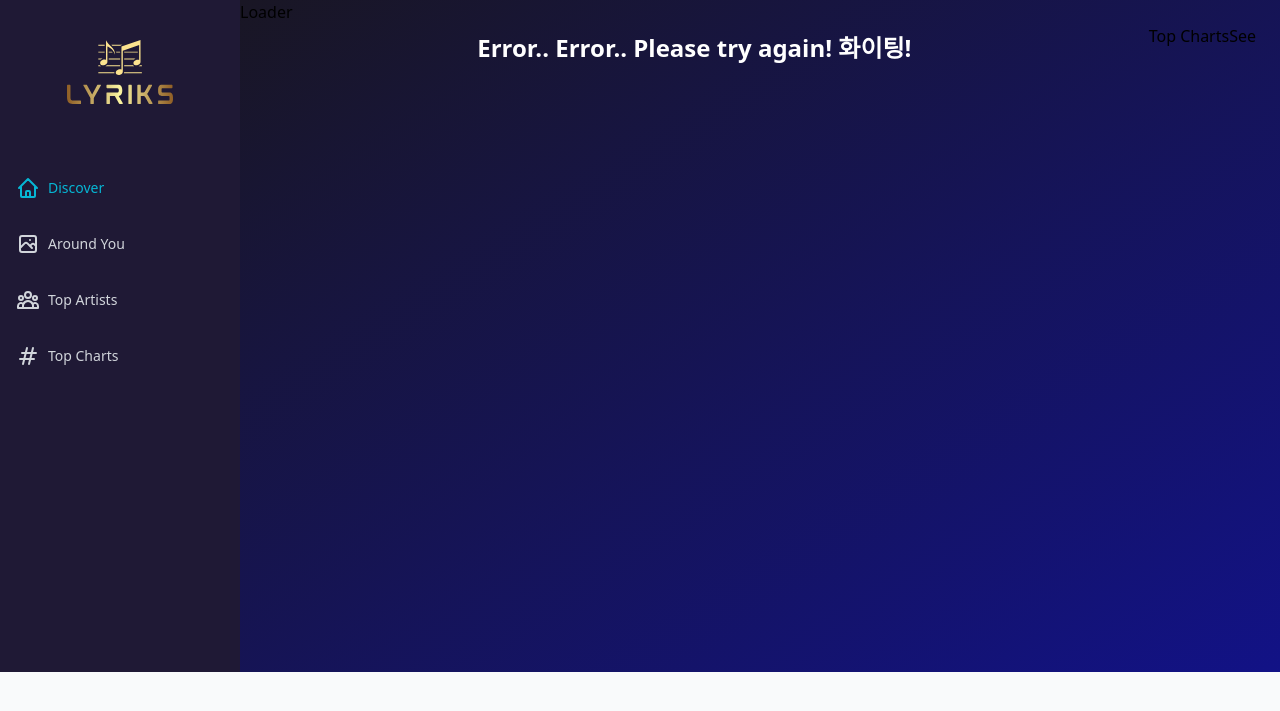
Repository: tessa5/spotify_clone
Page: /
The author's editor kept a copy of each file at every save. The page is drawn from the files as they stood at one save, then again after the next save.
The browser window is 1280 px wide. The pictures show the whole page.
The page's requests for data from a server got no answer. The project was rebuilt for these pictures with package versions that can differ from the ones it lists, and the page was loaded fresh each time. No one was signed in, and anything a server would have sent is missing. Also part of the build but not shown: vite.config.js, src/components/PlayPause.jsx, src/components/SongCard.jsx, src/components/ArtistCard.jsx, src/components/DetailsHeader.jsx, src/components/SongBar.jsx, src/components/RelatedSongs.jsx, src/components/MusicPlayer/Controls.jsx and 11 more.

Above is the page before, as saved 2022-10-06 15:26:53.

After the next save:
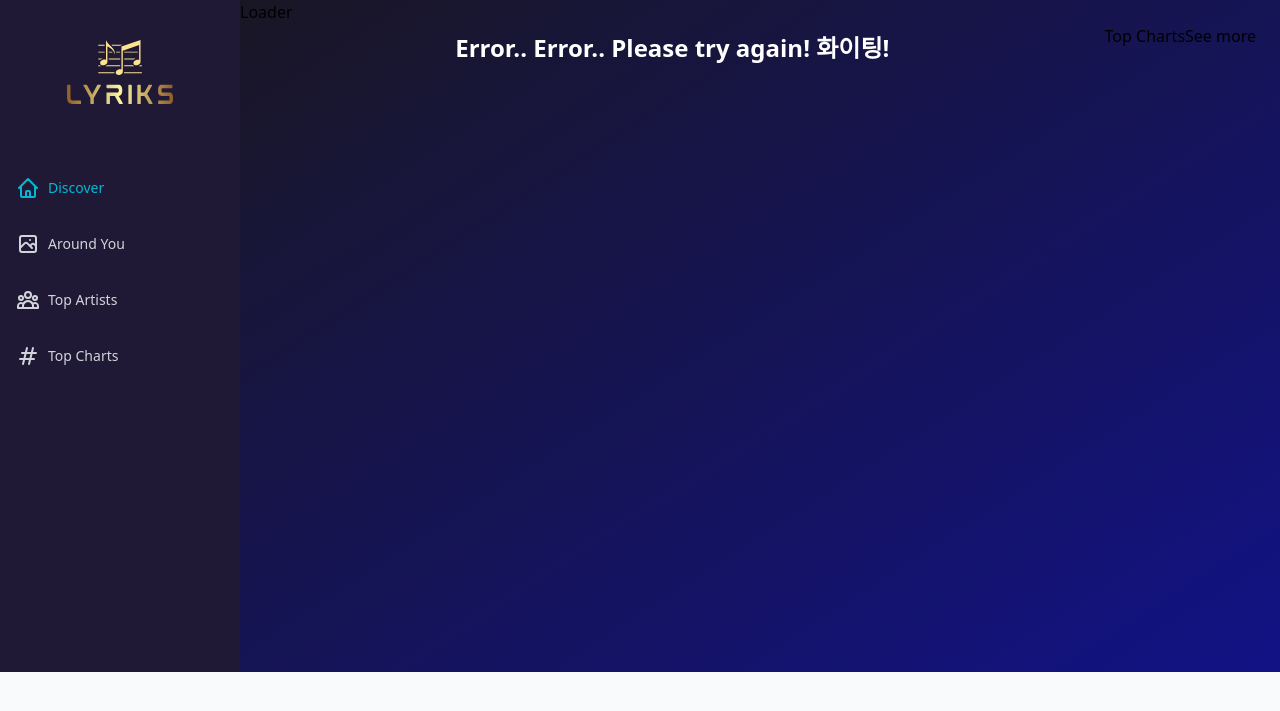
Saved 5 s later.
--- a/src/components/TopPlay.jsx
+++ b/src/components/TopPlay.jsx
@@ -37,7 +37,7 @@ const TopPlay = () => {
         <div className="flex flex-row justify-between items-center">
           <h2>Top Charts</h2>
           <Link to='/top-charts'>
-            <p>See</p>
+            <p>See more</p>
           </Link>
         </div>
       </div>
